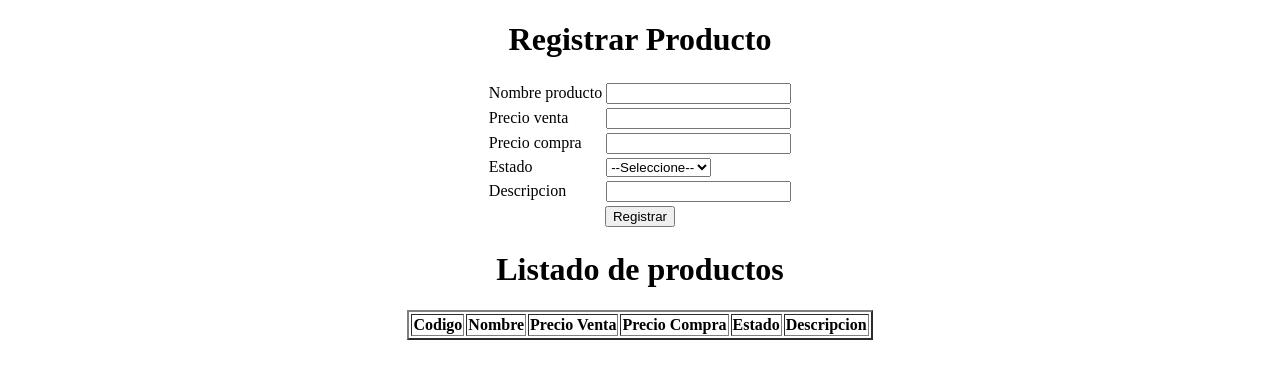
Repository: NayshaOCruz98/CL2ORTIZ
Page: http://localhost/LPII_CL2_ORTIZCRUZNAYSHA/ControladorServletprod
These files come from the project's save history. The page is drawn as it stood at one moment and after the next save; the edit follows.
The browser window is 1280 px wide. The pictures show the whole page.
The page is served by Tomcat 9.

Above is the page before, as saved 2023-10-24 23:02:22.

After the next save:
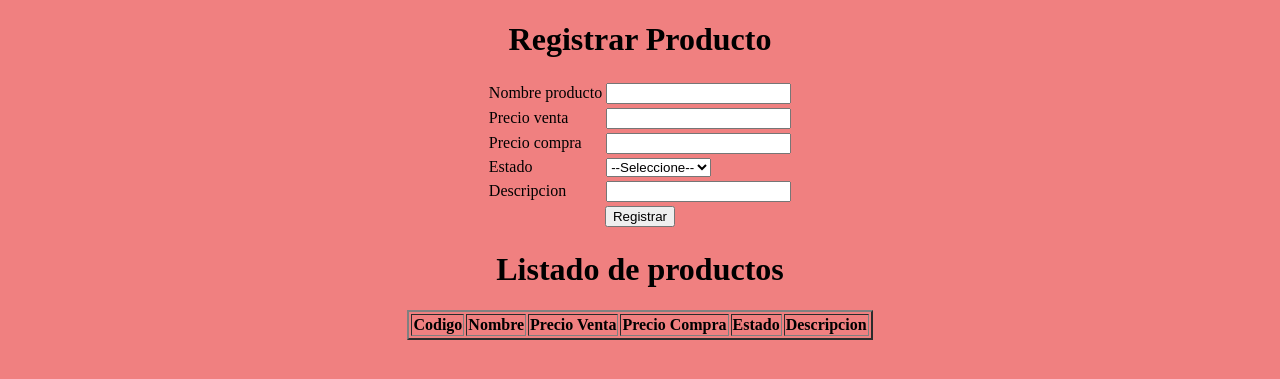
Saved 12 s later.
--- a/LPII_CL2_ORTIZCRUZNAYSHA/src/main/webapp/RegistrarProducto.jsp
+++ b/LPII_CL2_ORTIZCRUZNAYSHA/src/main/webapp/RegistrarProducto.jsp
@@ -8,7 +8,7 @@
 <meta http-equiv="Content-Type" content="text/html; charset=ISO-8859-1">
 <title>Registrar producto</title>
 </head>
-<body >
+<body bgcolor="#F08080">
 <h1 align="center">Registrar Producto</h1>
 <form action="ControladorServletprod" method="post">
 
